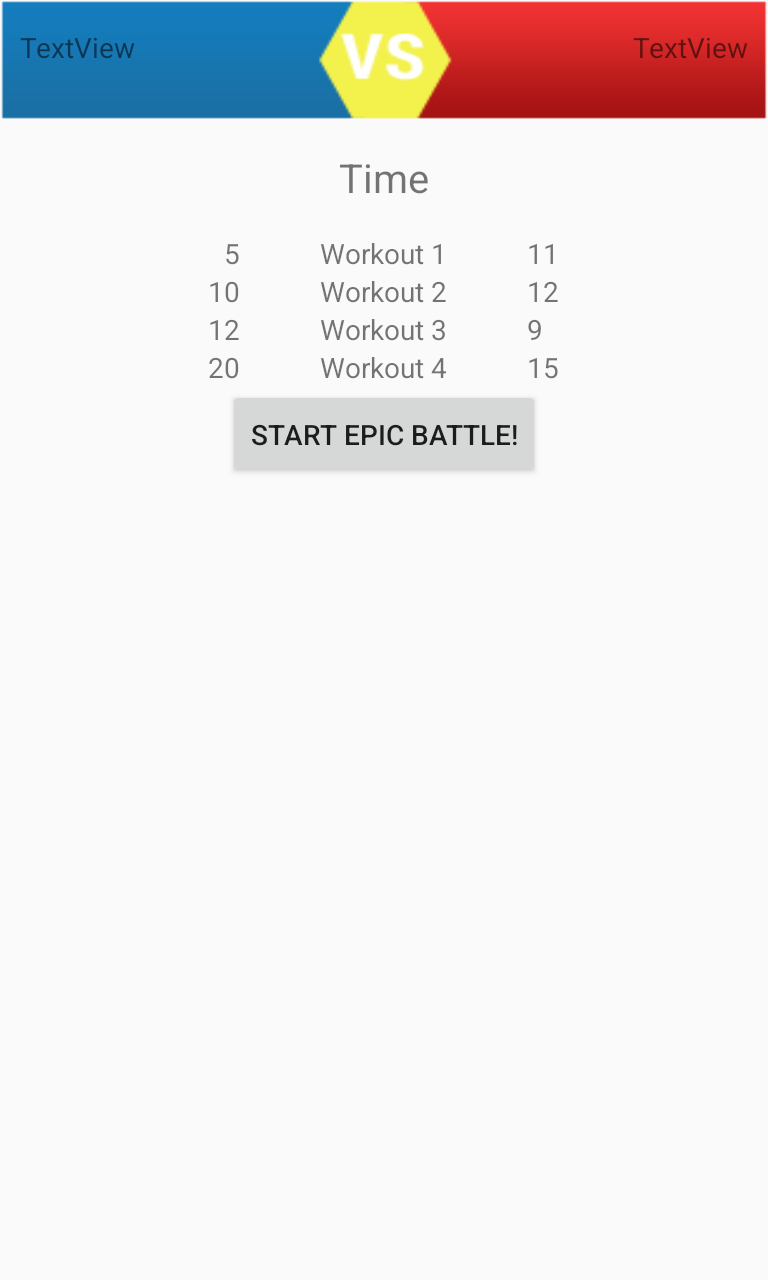
Repository: hackathon-2014/devdroid-repo
Layout: HealthyCompetition/res/layout/battlefield_layout.xml
An editor plug-in stored every save of this project. The layout is shown before and after the next save, followed by the edit.
It is drawn on a 768 x 1280 px phone screen (xhdpi) without system bars, with theme AppTheme; the app's code is not run.

Above is the layout before, as saved 2014-08-23 20:00:04.

### HealthyCompetition/res/layout/battlefield_layout.xml
<?xml version="1.0" encoding="utf-8"?>
<LinearLayout xmlns:android="http://schemas.android.com/apk/res/android"
    android:layout_width="match_parent"
    android:layout_height="match_parent"
    android:orientation="vertical" >

    <RelativeLayout
        android:id="@+id/relative_layout_versus"
        android:layout_width="match_parent"
        android:layout_height="wrap_content" >

        <ImageView
            android:id="@+id/versus_image"
            android:layout_width="match_parent"
            android:layout_height="60dp"
            android:background="@drawable/versus_banner_9" />

        <TextView
            android:id="@+id/time_view"
            android:layout_width="wrap_content"
            android:layout_height="wrap_content"
            android:layout_below="@+id/versus_image"
            android:layout_centerHorizontal="true"
            android:layout_marginTop="15dp"
            android:text="Time"
            android:textSize="20dp" />

        <TextView
            android:id="@+id/player_one_name"
            android:layout_width="wrap_content"
            android:layout_height="wrap_content"
            android:layout_alignParentLeft="true"
            android:layout_alignParentTop="true"
            android:layout_marginLeft="10dp"
            android:layout_marginTop="14dp"
            android:text="TextView" />

        <TextView
            android:id="@+id/player_two_name"
            android:layout_width="wrap_content"
            android:layout_height="wrap_content"
            android:layout_alignBaseline="@+id/player_one_name"
            android:layout_alignBottom="@+id/player_one_name"
            android:layout_alignParentRight="true"
            android:layout_alignParentTop="true"
            android:layout_marginRight="10dp"
            android:text="TextView" />
    </RelativeLayout>

    <RelativeLayout
        android:id="@+id/workout_layout_one"
        android:layout_width="match_parent"
        android:layout_height="wrap_content"
        android:layout_marginTop="15dp"
        android:orientation="vertical" >

        <TextView
            android:id="@+id/workout_one"
            android:layout_width="wrap_content"
            android:layout_height="wrap_content"
            android:layout_centerHorizontal="true"
            android:text="Workout 1" />

        <TextView
            android:id="@+id/playerone_workoutone"
            android:layout_width="wrap_content"
            android:layout_height="wrap_content"
            android:layout_alignParentTop="true"
            android:layout_marginRight="40dp"
            android:layout_toLeftOf="@+id/workout_one"
            android:text="5" />

        <TextView
            android:id="@+id/playertwo_workoutone"
            android:layout_width="wrap_content"
            android:layout_height="wrap_content"
            android:layout_alignParentTop="true"
            android:layout_marginLeft="40dp"
            android:layout_toRightOf="@+id/workout_one"
            android:text="11" />
    </RelativeLayout>

    <RelativeLayout
        android:id="@+id/workout_layout_two"
        android:layout_width="match_parent"
        android:layout_height="wrap_content"
        android:orientation="vertical" >

        <TextView
            android:id="@+id/workout_two"
            android:layout_width="wrap_content"
            android:layout_height="wrap_content"
            android:layout_centerHorizontal="true"
            android:text="Workout 2" />

        <TextView
            android:id="@+id/playerone_workouttwo"
            android:layout_width="wrap_content"
            android:layout_height="wrap_content"
            android:layout_alignParentTop="true"
            android:layout_marginRight="40dp"
            android:layout_toLeftOf="@+id/workout_two"
            android:text="10" />

        <TextView
            android:id="@+id/playertwo_workouttwo"
            android:layout_width="wrap_content"
            android:layout_height="wrap_content"
            android:layout_alignParentTop="true"
            android:layout_marginLeft="40dp"
            android:layout_toRightOf="@+id/workout_two"
            android:text="12" />
    </RelativeLayout>

    <RelativeLayout
        android:id="@+id/workout_layout_three"
        android:layout_width="match_parent"
        android:layout_height="wrap_content"
        android:orientation="vertical" >

        <TextView
            android:id="@+id/workout_three"
            android:layout_width="wrap_content"
            android:layout_height="wrap_content"
            android:layout_centerHorizontal="true"
            android:text="Workout 3" />

        <TextView
            android:id="@+id/playerone_workoutthree"
            android:layout_width="wrap_content"
            android:layout_height="wrap_content"
            android:layout_alignParentTop="true"
            android:layout_marginRight="40dp"
            android:layout_toLeftOf="@+id/workout_three"
            android:text="12" />

        <TextView
            android:id="@+id/playertwo_workoutthree"
            android:layout_width="wrap_content"
            android:layout_height="wrap_content"
            android:layout_alignParentTop="true"
            android:layout_marginLeft="40dp"
            android:layout_toRightOf="@+id/workout_three"
            android:text="9" />
    </RelativeLayout>

    <RelativeLayout
        android:id="@+id/workout_layout_four"
        android:layout_width="match_parent"
        android:layout_height="wrap_content"
        android:orientation="vertical" >

        <TextView
            android:id="@+id/workout_four"
            android:layout_width="wrap_content"
            android:layout_height="wrap_content"
            android:layout_centerHorizontal="true"
            android:text="Workout 4" />

        <TextView
            android:id="@+id/playerone_workoutfour"
            android:layout_width="wrap_content"
            android:layout_height="wrap_content"
            android:layout_alignParentTop="true"
            android:layout_marginRight="40dp"
            android:layout_toLeftOf="@+id/workout_four"
            android:text="20" />

        <TextView
            android:id="@+id/playertwo_workoutfour"
            android:layout_width="wrap_content"
            android:layout_height="wrap_content"
            android:layout_alignParentTop="true"
            android:layout_marginLeft="40dp"
            android:layout_toRightOf="@+id/workout_four"
            android:text="15" />
    </RelativeLayout>

    <RelativeLayout
        android:layout_width="match_parent"
        android:layout_height="wrap_content" >

        <Button
            android:id="@+id/button1"
            android:layout_width="wrap_content"
            android:layout_height="wrap_content"
            android:layout_centerHorizontal="true"
            android:text="Start Epic Battle!" />
    </RelativeLayout>

</LinearLayout>

Loaded but not shown: HealthyCompetition/res/values/styles.xml (common file); HealthyCompetition/res/values-v11/styles.xml (common file); HealthyCompetition/res/values-v14/styles.xml (common file)

After the next save:
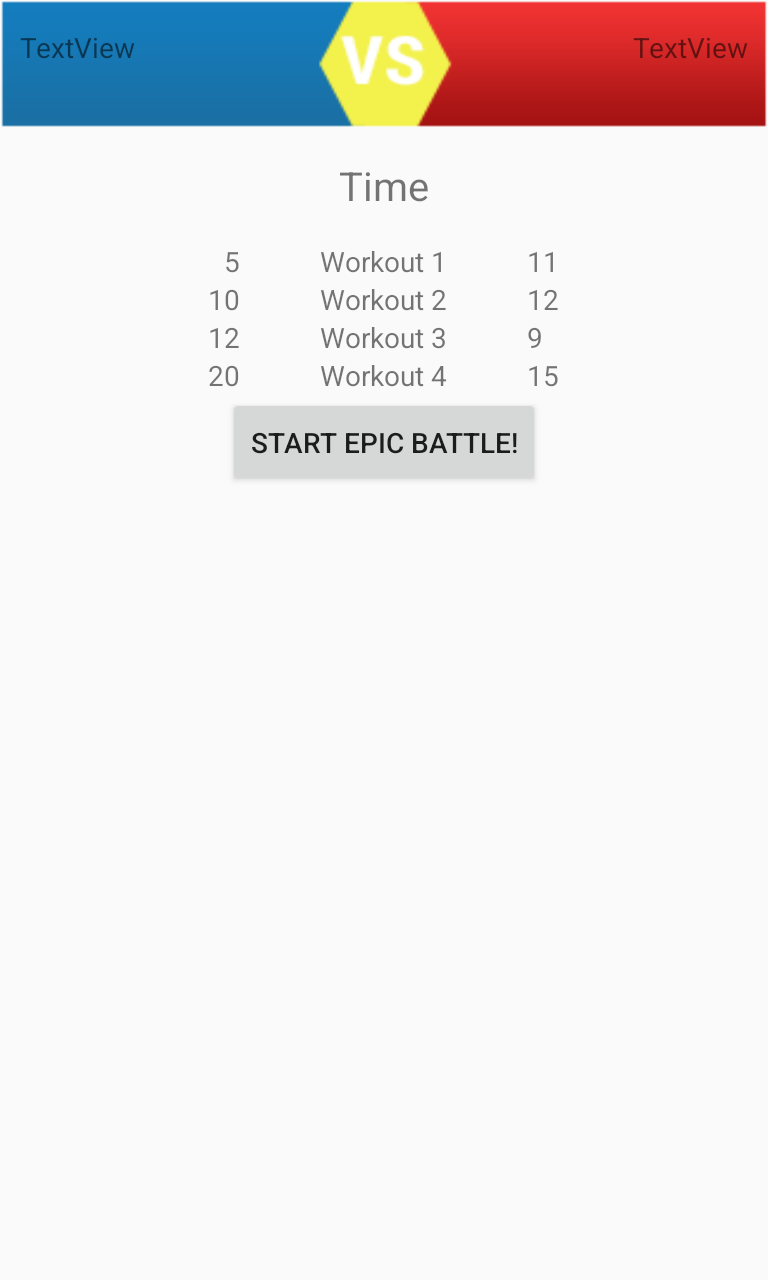
Saved 22 s later.
--- a/HealthyCompetition/res/layout/battlefield_layout.xml
+++ b/HealthyCompetition/res/layout/battlefield_layout.xml
@@ -12,7 +12,7 @@
         <ImageView
             android:id="@+id/versus_image"
             android:layout_width="match_parent"
-            android:layout_height="60dp"
+            android:layout_height="wrap_content"
             android:background="@drawable/versus_banner_9" />
 
         <TextView
